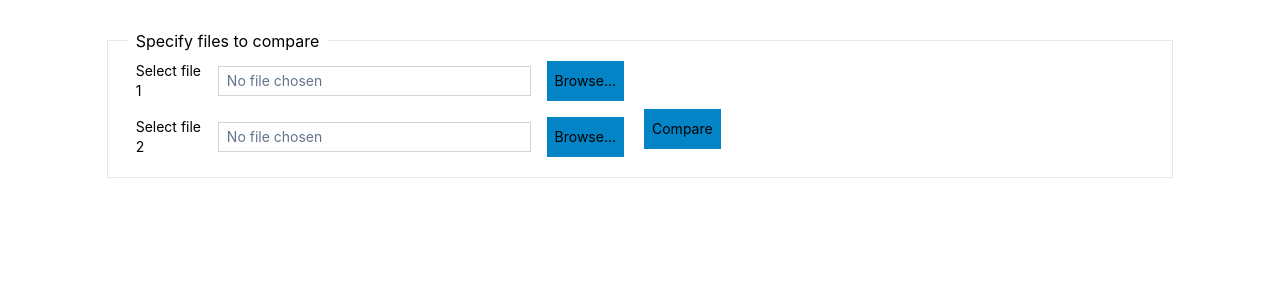
Repository: chionye/paymentology-front
Page: /
The author's editor kept a copy of each file at every save. The page is drawn from the files as they stood at one save, then again after the next save.
The browser window is 1280 px wide. The pictures show the whole page.
The project was rebuilt for these pictures with package versions that can differ from the ones it lists, and the page was loaded fresh each time.

Above is the page before, as saved 2022-03-16 13:24:32.

### src/index.css
@tailwind base;
@tailwind components;
@tailwind utilities;

body {
  margin: 0;
  font-family: -apple-system, BlinkMacSystemFont, 'Segoe UI', 'Roboto', 'Oxygen',
    'Ubuntu', 'Cantarell', 'Fira Sans', 'Droid Sans', 'Helvetica Neue',
    sans-serif;
  -webkit-font-smoothing: antialiased;
  -moz-osx-font-smoothing: grayscale;
}

input[type=file] {
  -webkit-appearance: none;
  position: relative;
  -webkit-box-sizing: border-box;
   }
   input[type=file]::-webkit-file-upload-button {
  width: 0;
  padding: 0;
  margin: 0;
  -webkit-appearance: none;
  border: none;
   }
   /* "x::-webkit-file-upload-button" forces the rules to only apply to browsers that support this pseudo-element */

### src/App.js
import Section from "./components/Section";

function App() {
  return (
    <Section />
  );
}

export default App;

### src/components/Section.js
import Button from "./Button";
import InputFile from "./InputFile";

const Section = () => {
    return(
        <div className="relative w-5/6 h-auto p-3 border border-1 border-gray mx-auto my-10">
            <div className="absolute -top-3 left-5 bg-white px-2">Specify files to compare</div>
            <InputFile file={"Select file 1"} />
            <div className="flex flex-row">
                <InputFile file={"Select file 2"} />
                <Button label={"Compare"} />
            </div>

        </div>
    )
}

export default Section;

### src/components/Button.js
const Button = (props) => {
    return <button className="ml-1 bg-sky-600 hover:bg-sky-700 py-1 h-10 px-2 text-sm ">{props.label}</button>
}

export default Button;

### src/components/InputFile.js
import Button from "./Button";
const InputFile = (props) => {
    return(
        <div className="flex flex-row w-full md:w-1/2 items-center text-sm my-2 px-4">
            <label className="w-28">{props.file}</label>

            <input type="file"
                className="block w-full mx-3 appearance-none border border-1 border-gray-300 py-1 px-2  text-slate-500
                file:mr-4 file:py-2 file:px-4
                file:rounded-full file:border-0
                file:text-sm file:font-semibold
                file:bg-violet-50 file:text-violet-700
                hover:file:bg-violet-100 file:text-red-600
                "/>

            <Button label={"Browse..."} />
        </div>
    )
}

export default InputFile;

Loaded but not shown: public/index.html (common file); src/index.js (common file); src/reportWebVitals.js (common file); tailwind.config.js (common file)

After the next save:
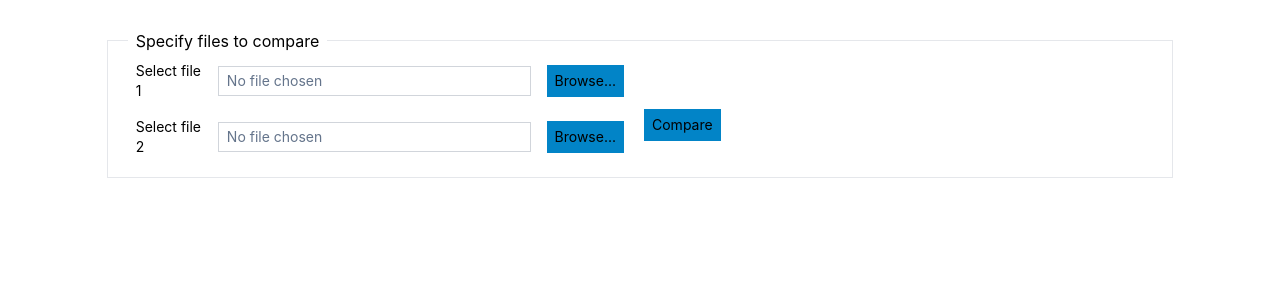
Saved 5 s later.
--- a/src/components/Button.js
+++ b/src/components/Button.js
@@ -1,5 +1,5 @@
 const Button = (props) => {
-    return <button className="ml-1 bg-sky-600 hover:bg-sky-700 py-1 h-10 px-2 text-sm ">{props.label}</button>
+    return <button className="ml-1 bg-sky-600 hover:bg-sky-700 py-1 h-8 px-2 text-sm ">{props.label}</button>
 }
 
 export default Button;
